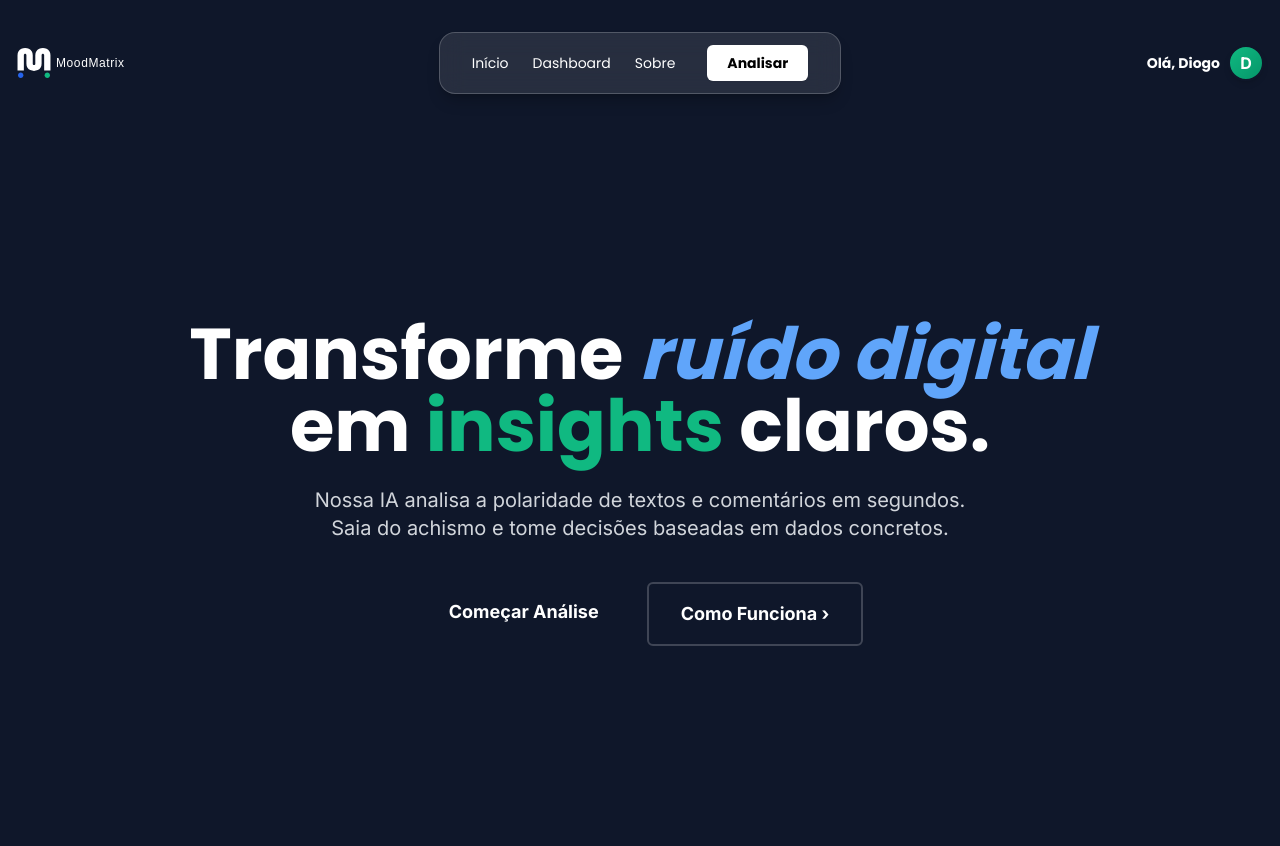
Repository: Hackaton-ONE/hackathon-Frontend
Page: /
The author's editor kept a copy of each file at every save. The page is drawn from the files as they stood at one save, then again after a run of saves.
The browser window is 1280 px wide. The pictures show the whole page.
Some web fonts or font styles are not loaded; a fallback is used. The project was rebuilt for these pictures with package versions that can differ from the ones it lists, and the page was loaded fresh each time. The framework's server and built-in components were replaced by stand-ins that run in the browser. Also part of the build but not shown: next.config.ts.

Above is the page before, as saved 2026-01-02 10:04:42.

### app/layout.tsx
import type { Metadata } from "next";
import { Inter, Poppins, MuseoModerno } from "next/font/google"; // 1. Importar Poppins
import "./globals.css";
import { Navbar } from "@/components/Navbar";

// 2. Configurar Inter
const inter = Inter({
  subsets: ["latin"],
  variable: "--font-inter",
});

// 3. Configurar Poppins (Pesos comuns: 400, 600, 700)
const poppins = Poppins({
  weight: ['400', '600', '700'],
  subsets: ["latin"],
  variable: "--font-poppins",
});

const museo = MuseoModerno({
  subsets: ["latin"],
  variable: "--font-museo",
  display: "swap",
});

export const metadata: Metadata = {
  title: "MoodMatrix",
  description: "Análise de sentimentos com IA",
};

export default function RootLayout({
  children,
}: Readonly<{

  children: React.ReactNode;
}>) {
  return (
    <html lang="pt-br">
      {/* 4. Adicionar ambas as variáveis no body */}
      <body className={`${inter.variable} ${poppins.variable} ${museo.variable} bg-mood-dark text-white font-sans antialiased`}>
        <Navbar />
        {children}
      </body>
    </html>
  );
}

### app/page.tsx
import { HeroSection } from "../components/HeroSection";

export default function Home() {
  return (
    <main className="min-h-screen bg-mood-dark text-white selection:bg-neon-green selection:text-mood-dark">
      {/* A Navbar já está no layout.tsx, então não precisa repetir aqui se já colocou lá */}

      <HeroSection />

      {/* Aqui virão as próximas seções (Tech Stack, Benefícios, etc.) */}

    </main>
  );
}

### app/globals.css
@tailwind base;
@tailwind components;
@tailwind utilities;

/* Define o fundo padrão do site inteiro e a cor do texto */
body {
  background-color: #0F172A; /* mood.dark */
  color: #ffffff;
  min-height: 100vh;
}

/* Utilitário para o efeito de Vidro (Glassmorphism) */
.glass {
  background: rgba(30, 41, 59, 0.4); /* mood.gray com transparência */
  backdrop-filter: blur(12px);
  -webkit-backdrop-filter: blur(12px);
  border: 1px solid rgba(255, 255, 255, 0.1);
}

/* === PERSONALIZAÇÃO DA BARRA DE ROLAGEM === */

/* 1. Define a largura da barra */
::-webkit-scrollbar {
  width: 8px;
  height: 8px;
}

/* 2. Remove o fundo (Track) */
::-webkit-scrollbar-track {
  background: transparent;
}

/* 3. Cor da barra (Thumb)*/
::-webkit-scrollbar-thumb {
  background-color: #2563EB;
  border-radius: 9999px;
}

/* 4. Efeito ao passar o mouse */
::-webkit-scrollbar-thumb:hover {
  background-color: #60A5FA; /* blue-light */
}

/* 5. Remove as setas (Buttons) */
::-webkit-scrollbar-button {
  display: none;
}

### components/Navbar.tsx
"use client";

import Link from "next/link";
import { useState } from "react";
import { Menu, X } from "lucide-react";
import Image from "next/image";

// Componente NavLink (Link com sublinhado azul)
const NavLink = ({ href, children }: { href: string; children: React.ReactNode }) => (
  <Link
    href={href}
    className="relative group text-white transition-colors font-medium text-sm"
  >
    {children}
    <span className="absolute -bottom-1 left-0 w-0 h-[2px] bg-blue-default transition-all duration-300 ease-out group-hover:w-full" />
  </Link>
);

export function Navbar() {
  const [isOpen, setIsOpen] = useState(false);

  return (
    // Container Principal
    <div className="relative top-0 left-0 w-full z-50 px-4 py-8">

      <div className="max-w-[1600px] mx-auto flex justify-between items-center lg:grid lg:grid-cols-3">

        {/* =======================
            1. LOGO (Coluna 1 - Alinhado à Esquerda)
           ======================= */}
        <div className="flex justify-start">
          <Link href="/" className="flex items-center gap-1 z-50 group">
            <div className="relative w-8 h-8 lg:w-9 lg:h-9 flex items-center justify-center">
              <Image
                src="/logo.svg"
                alt="Logo MoodMatrix"
                fill
                className="object-contain"
              />
            </div>

            <span className="text-white font-medium text-xs font-museo tracking-wider">
              Mood<span>Matrix</span>
            </span>
          </Link>
        </div>

        {/* =======================
            2. PÍLULA CENTRAL (Coluna 2)
            MUDANÇA: 'hidden lg:flex'
            (Escondido em Tablet/Mobile, Flex em Notebook+)
           ======================= */}
        <div className="hidden lg:flex justify-center">
          <nav className="flex items-center gap-8 pl-8 pr-8 py-3 rounded-2xl bg-white/10 backdrop-blur-md border border-white/20 shadow-lg shadow-black/20">
            {/* Links */}
            <div className="flex items-center gap-6 font-poppins font-bold">
              <NavLink href="/">Início</NavLink>
              <NavLink href="/dashboard">Dashboard</NavLink>
              <NavLink href="#sobre">Sobre</NavLink>
            </div>

            {/* Botão Analisar */}
            <Link href="/analisar">
              <button className="bg-white hover:bg-neon-orange text-black font-poppins font-bold text-sm px-5 py-2 rounded-md transition-all duration-200 shadow-sm hover:shadow-md">
                Analisar
              </button>
            </Link>
          </nav>
        </div>

        {/* =======================
            3. AVATAR / MENU (Coluna 3 - Alinhado à Direita)
           ======================= */}
        <div className="flex justify-end items-center gap-4 z-50">

          {/* Avatar (Desktop) */}
          <div className="hidden lg:flex items-center gap-2 pl-4">
            <div className="text-right hidden lg:block">
              <p className="font-poppins text-sm font-bold text-white">Olá, Diogo</p>
            </div>
            <div className="w-9 h-9 rounded-full bg-gradient-to-br from-neon-green to-emerald-600 flex items-center justify-center text-white font-bold border-2 border-mood-dark shadow-md">
              D
            </div>
          </div>

          {/* Botão Hambúrguer (Mobile) */}
          <button
            onClick={() => setIsOpen(!isOpen)}
            className="lg:hidden text-white hover:text-neon-blue transition p-1"
          >
            {isOpen ? <X size={28} /> : <Menu size={28} />}
          </button>
        </div>

      </div>

      {/* =======================
          4. MENU MOBILE DROPDOWN
         ======================= */}
      {isOpen && (
        <div className="lg:hidden absolute top-24 left-4 right-4 z-40 bg-mood-dark/95 backdrop-blur-xl border border-white/10 rounded-2xl p-4 shadow-2xl animate-in fade-in slide-in-from-top-5">

          <div className="flex flex-col space-y-1">
            <Link href="/" onClick={() => setIsOpen(false)} className="block px-4 py-3 text-white/90 hover:text-white hover:bg-blue-default rounded-lg transition-colors text-sm font-medium">
              Início
            </Link>
            <Link href="/dashboard" onClick={() => setIsOpen(false)} className="block px-4 py-3 text-white/90 hover:text-white hover:bg-blue-default rounded-lg transition-colors text-sm font-medium">
              Dashboard
            </Link>
            <Link href="#sobre" onClick={() => setIsOpen(false)} className="block px-4 py-3 text-white/90 hover:text-white hover:bg-blue-default rounded-lg transition-colors text-sm font-medium">
              Sobre
            </Link>
          </div>

          <div className="my-3 border-t border-white/10" />

          <Link href="/analisar" onClick={() => setIsOpen(false)}>
            <button className="w-full bg-white hover:bg-neon-orange text-black border border-white/20 font-poppins font-bold text-sm py-3 rounded-lg transition-all duration-200">
              Analisar
            </button>
          </Link>

          <div className="mt-4 pt-4 border-t border-white/10 flex items-center gap-3">
            <div className="w-8 h-8 rounded-full bg-gradient-to-br from-neon-green to-emerald-600 flex items-center justify-center text-white font-bold text-xs">
              D
            </div>
            <div>
              <p className="text-sm font-bold text-white">Diogo</p>
              <p className="text-xs text-gray-400">diogo@exemplo.com</p>
            </div>
          </div>

        </div>
      )}
    </div>
  );
}

### components/HeroSection.tsx
import Link from "next/link";
import { Button } from "./Button"; // Importando seu botão personalizado

export function HeroSection() {
  return (
    <section className="relative pt-32 lg:pt-48 pb-20 px-4 overflow-hidden">

      {/* =========================================
          ELEMENTOS DECORATIVOS DE FUNDO (GLOWS)
          ========================================= */}

      {/* 1. Glow Azul Superior (Central) */}
      <div className="absolute top-0 left-1/2 -translate-x-1/2 w-[600px] h-[500px] bg-blue-default/20 blur-[120px] rounded-full -z-10 pointer-events-none" />

      {/* 2. Glow Verde/Cyan (Canto inferior direito - Sutil) */}
      <div className="absolute bottom-0 right-0 w-[400px] h-[400px] bg-neon-green/10 blur-[100px] rounded-full -z-10 pointer-events-none" />


      {/* =========================================
          CONTEÚDO PRINCIPAL
          ========================================= */}
      <div className="max-w-5xl mx-auto text-center flex flex-col items-center">

        {/* TÍTULO */}
        <h1 className="font-poppins font-bold text-4xl md:text-6xl lg:text-7xl leading-tight text-white mb-6">
          Transforme <span className="italic text-blue-light">ruído digital</span> <br className="hidden md:block" />
          em <span className="text-neon-green">insights</span> claros.
        </h1>

        {/* SUBTÍTULO */}
        <p className="text-gray-300 text-base md:text-xl mb-10 max-w-2xl leading-relaxed">
          Nossa IA analisa a polaridade de textos e comentários em segundos.
          Saia do achismo e tome decisões baseadas em dados concretos.
        </p>

        {/* BOTÕES DE AÇÃO (CTA) */}
        <div className="flex flex-col sm:flex-row gap-4 w-full sm:w-auto">
          <Link href="/analisar">
            <Button variant="primary" className="w-full sm:w-auto text-lg px-8 py-4 ">
              Começar Análise
            </Button>
          </Link>

          <Link href="#como-funciona">
            <Button variant="outline" className="w-full sm:w-auto text-lg px-8 py-4">
              Como Funciona ›
            </Button>
          </Link>
        </div>

      </div>
    </section>
  );
}

### components/Button.tsx
import React from "react";

interface ButtonProps extends React.ButtonHTMLAttributes<HTMLButtonElement> {
  variant?: "primary" | "outline" | "ghost";
  children: React.ReactNode;
}

export function Button({ variant = "primary", className = "", children, ...props }: ButtonProps) {

  const baseStyles = "px-6 py-3 rounded-md font-bold transition-all duration-200 flex items-center justify-center gap-2 active:scale-[0.98]";

  const variants = {
    primary: "text-white active:translate-y-1",

    // Outline (Borda simples)
    outline: "bg-transparent border-2 border-white/20 text-white hover:bg-white/5 hover:border-white/40",

    // Ghost (Transparente)
    ghost:   "bg-transparent text-gray-400 hover:text-white hover:bg-white/5",
  };

  return (
    <button
      className={`${baseStyles} ${variants[variant]} ${className}`}
      {...props}
    >
      {children}
    </button>
  );
}

### tailwind.config.ts
/** @type {import('tailwindcss').Config} */
const config = {
  // Configuração de onde o Tailwind procura as classes
  content: [
    "./app/**/*.{js,ts,jsx,tsx,mdx}",
    "./pages/**/*.{js,ts,jsx,tsx,mdx}",
    "./components/**/*.{js,ts,jsx,tsx,mdx}",
    "./src/app/**/*.{js,ts,jsx,tsx,mdx}",
    "./src/pages/**/*.{js,ts,jsx,tsx,mdx}",
    "./src/components/**/*.{js,ts,jsx,tsx,mdx}",
  ],
  theme: {
    extend: {
      colors: {
        white: "#FFFFFF",
        mood: {
          dark: "#0F172A", // Fundo Azul Escuro
          nav: "#FFFFFF",  // Base para Navbar
        },
        blue: {
          light: "#60A5FA",   // Azul Claro
          default: "#2563EB", // Azul Padrão
          dark: "#1E3A8A",    // Azul Escuro
        },
        neon: {
          green: "#10B981",
          red: "#B91C1C",
          orange: "#F59E0B",
        },
      },
      fontFamily: {
        sans: ['var(--font-inter)', 'sans-serif'],
        poppins: ['var(--font-poppins)', 'sans-serif'],
        museo: ['var(--font-museo)', 'sans-serif'],
      },
      backgroundImage: {
        // Gradientes de Seta e Barra de Progresso
        'gradient-pos': 'linear-gradient(to right, #2563EB, #10B981)',
        'gradient-neg': 'linear-gradient(to right, #B91C1C, #F59E0B)',

        // Gradientes Sutis para os Cards (Glassmorphism)
        'card-blue': 'linear-gradient(180deg, rgba(255, 255, 255, 0) 0%, rgba(96, 165, 250, 0.05) 100%)',
        'card-green': 'linear-gradient(180deg, rgba(255, 255, 255, 0) 0%, rgba(16, 185, 129, 0.05) 100%)',
        'card-red': 'linear-gradient(180deg, rgba(255, 255, 255, 0) 0%, rgba(185, 28, 28, 0.05) 100%)',
        'card-orange': 'linear-gradient(180deg, rgba(255, 255, 255, 0) 0%, rgba(245, 158, 11, 0.05) 100%)', // NOVO
      }
    },
  },
  plugins: [],
};

export default config;

After the next 4 saves:
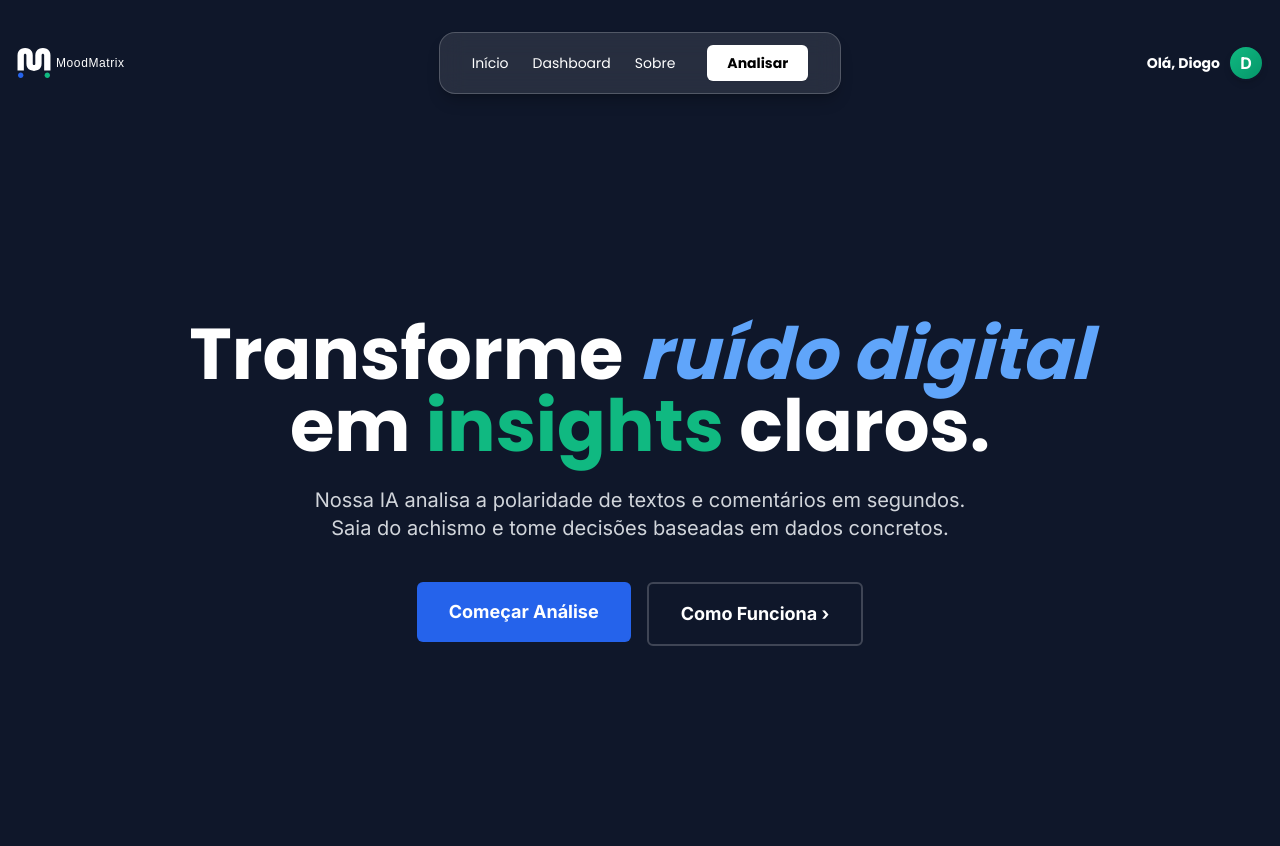
The 4 saves are shown as one change because they came seconds apart.
The last was saved 12 s later.
--- a/components/HeroSection.tsx
+++ b/components/HeroSection.tsx
@@ -36,7 +36,7 @@ export function HeroSection() {
         {/* BOTÕES DE AÇÃO (CTA) */}
         <div className="flex flex-col sm:flex-row gap-4 w-full sm:w-auto">
           <Link href="/analisar">
-            <Button variant="primary" className="w-full sm:w-auto text-lg px-8 py-4 ">
+            <Button variant="primary" className="w-full sm:w-auto text-lg px-8 py-4 bg-blue-default">
               Começar Análise
             </Button>
           </Link>
